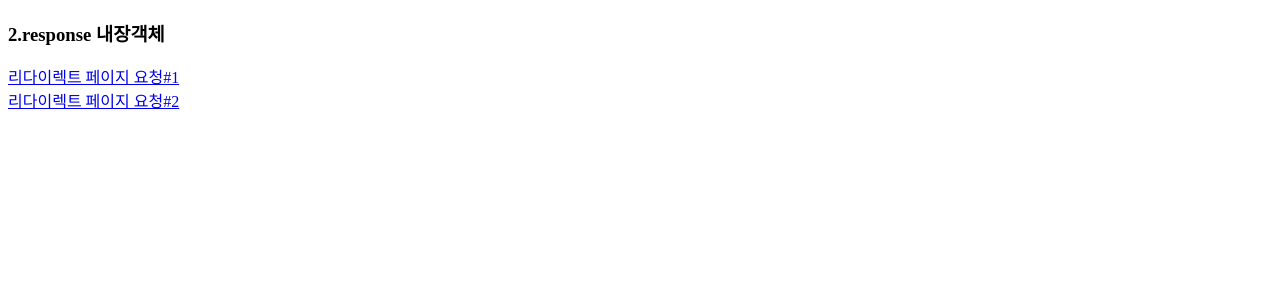
Repository: Jinwoooooooo/GCA_JSP
Page: http://localhost/ch03/2.response.jsp
An editor plug-in stored every save of this project. The page is shown before and after the next save, followed by the edit.
The browser window is 1280 px wide. The pictures show the whole page.
The page is served by Tomcat 9.

Above is the page before, as saved 2025-02-04 01:41:05.

### ch03/src/main/webapp/2.response.jsp
<%@ page language="java" contentType="text/html; charset=UTF-8"
    pageEncoding="UTF-8"%>
<!DOCTYPE html>
<html>
<head>
<meta charset="UTF-8">
<title>2.response</title>

<!--
	날짜 : 2025/02/04
	이름 : 정진우
	내용 : JSP 내장객체 request 실습하기
-->

</head>
<body>
	<h3>2.response 내장객체</h3>

	<a href="./proc/redirect1.jsp">리다이렉트 페이지 요청#1</a><br>
	<a href="./proc/redirect2.jsp">리다이렉트 페이지 요청#2</a><br>
</body>
</html>

After the next save:
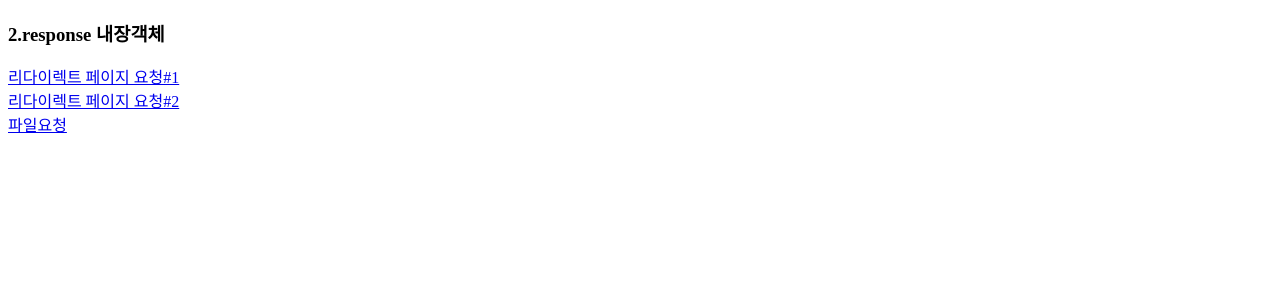
Saved 20 s later.
--- a/ch03/src/main/webapp/2.response.jsp
+++ b/ch03/src/main/webapp/2.response.jsp
@@ -18,5 +18,6 @@
 
 	<a href="./proc/redirect1.jsp">리다이렉트 페이지 요청#1</a><br>
 	<a href="./proc/redirect2.jsp">리다이렉트 페이지 요청#2</a><br>
+	<a href="./proc/redirect2.jsp">파일요청</a><br>
 </body>
 </html>
